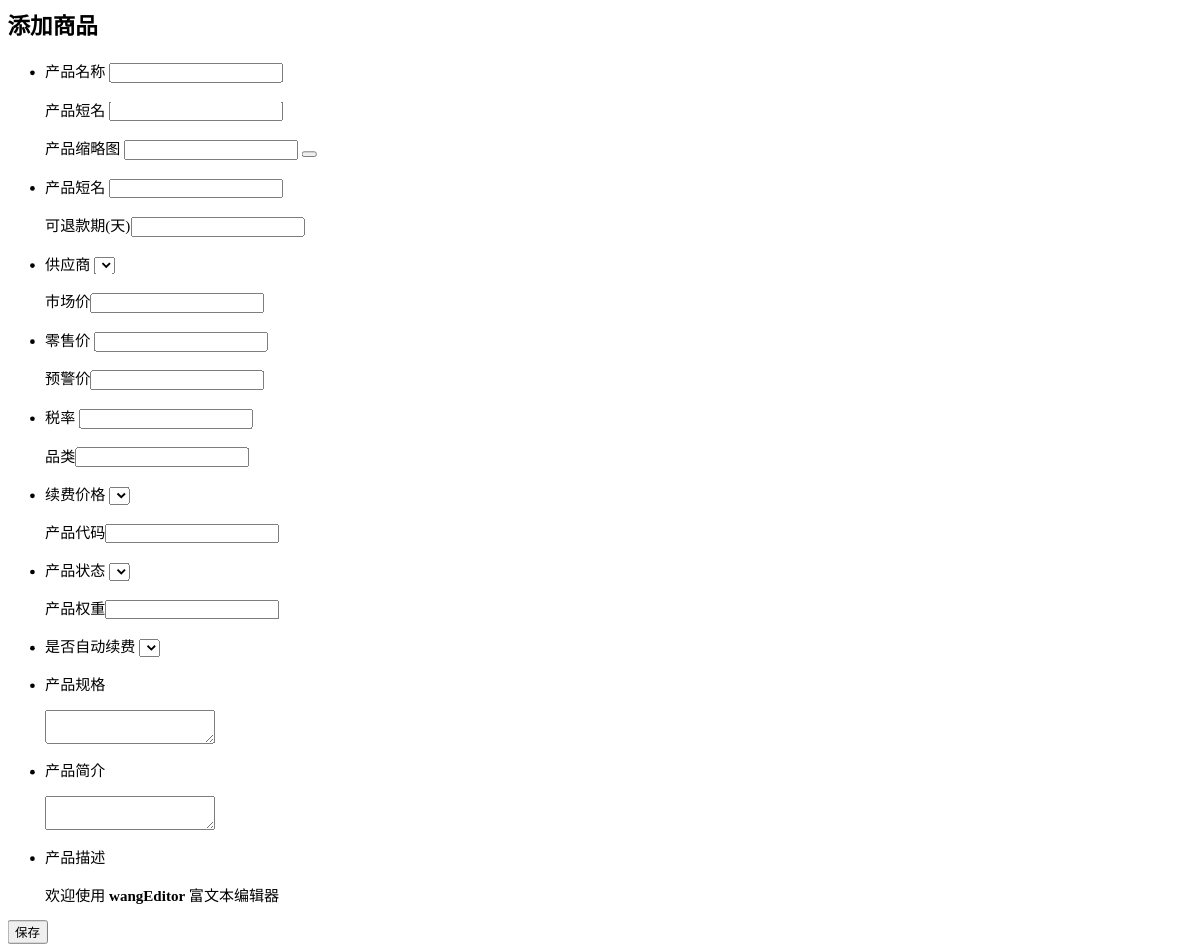
Repository: wangyan466393/racentSystem
Page: addProduct.html
An editor plug-in stored every save of this project. The page is shown before and after the next save, followed by the edit.
The browser window is 1280 px wide. The pictures show the whole page, at 94% of full size.

Above is the page before, as saved 2020-08-19 11:45:38.

### addProduct.html
<div id="content_box">
    <h2>添加商品</h2>
    <div class="config_box">
        <div class="price_content">
            <ul>
                <li>
                    <p>
                        <span>产品名称</span>
                        <input type="text" class="config_inp">
                    </p>
                    <p>
                        <span>产品短名</span>
                        <input type="text" class="config_inp">
                    </p>
                    <p class="thumb_box">
                        <span>产品缩略图</span>
                        <label class="input_group">
                            <input type="text" class="form-control">
                            <span class="input-group-btn">
                                <button type="button" class="btn"></button>
                            </span>
                        </label>
                    </p>
                </li>
                <li>
                    <p>
                        <span>产品短名</span>
                        <input type="text" class="config_inp">
                    </p>
                    <p>
                        <span>可退款期(天)</span><input type="number" class="config_inp">
                    </p>
                </li>
                <li>
                    <p>
                        <span>供应商</span>
                        <select name="" id="" class="config_inp">
                            <option value=""></option>
                        </select>
                    </p>
                    <p>
                        <span>市场价</span><input type="number" class="config_inp">
                    </p>
                </li>
                <li>
                    <p>
                        <span>零售价</span>
                        <input type="number" class="config_inp">
                    </p>
                    <p>
                        <span>预警价</span><input type="number" class="config_inp">
                    </p>
                </li>
                <li>
                    <p>
                        <span>税率</span>
                        <input type="number" class="config_inp">
                    </p>
                    <p>
                        <span>品类</span><input type="text" class="config_inp">
                    </p>
                </li>
                <li>
                    <p>
                        <span>续费价格</span>
                        <select name="" id="" class="sel">
                            <option value=""></option>
                        </select>
                    </p>
                    <p>
                        <span>产品代码</span><input type="text" class="config_inp">
                    </p>
                </li>
                <li>
                    <p>
                        <span>产品状态</span>
                        <select name="" id="" class="sel">
                            <option value=""></option>
                        </select>
                    </p>
                    <p>
                        <span>产品权重</span><input type="text" class="config_inp">
                    </p>
                </li>
                <li>
                    <p>
                        <span>是否自动续费</span>
                        <select name="" id="" class="sel">
                            <option value=""></option>
                        </select>
                    </p>
                </li>

                <li>
                    <p> <span>产品规格</span></p>
                    <textarea class="e_content description"></textarea>
                </li>
                <li>
                    <p> <span>产品简介</span></p>
                    <textarea class="e_content description"></textarea>

                </li>
                <li>
                    <p> <span>产品描述</span></p>
                    <div id="editor" style="width: 100%;">
                        <p>欢迎使用 <b>wangEditor</b> 富文本编辑器</p>
                    </div>

                </li>
            </ul>
        </div>
    </div>
</div>
<div class="email_back_btn">
    <button type="button">保存</button>
</div>

After the next save:
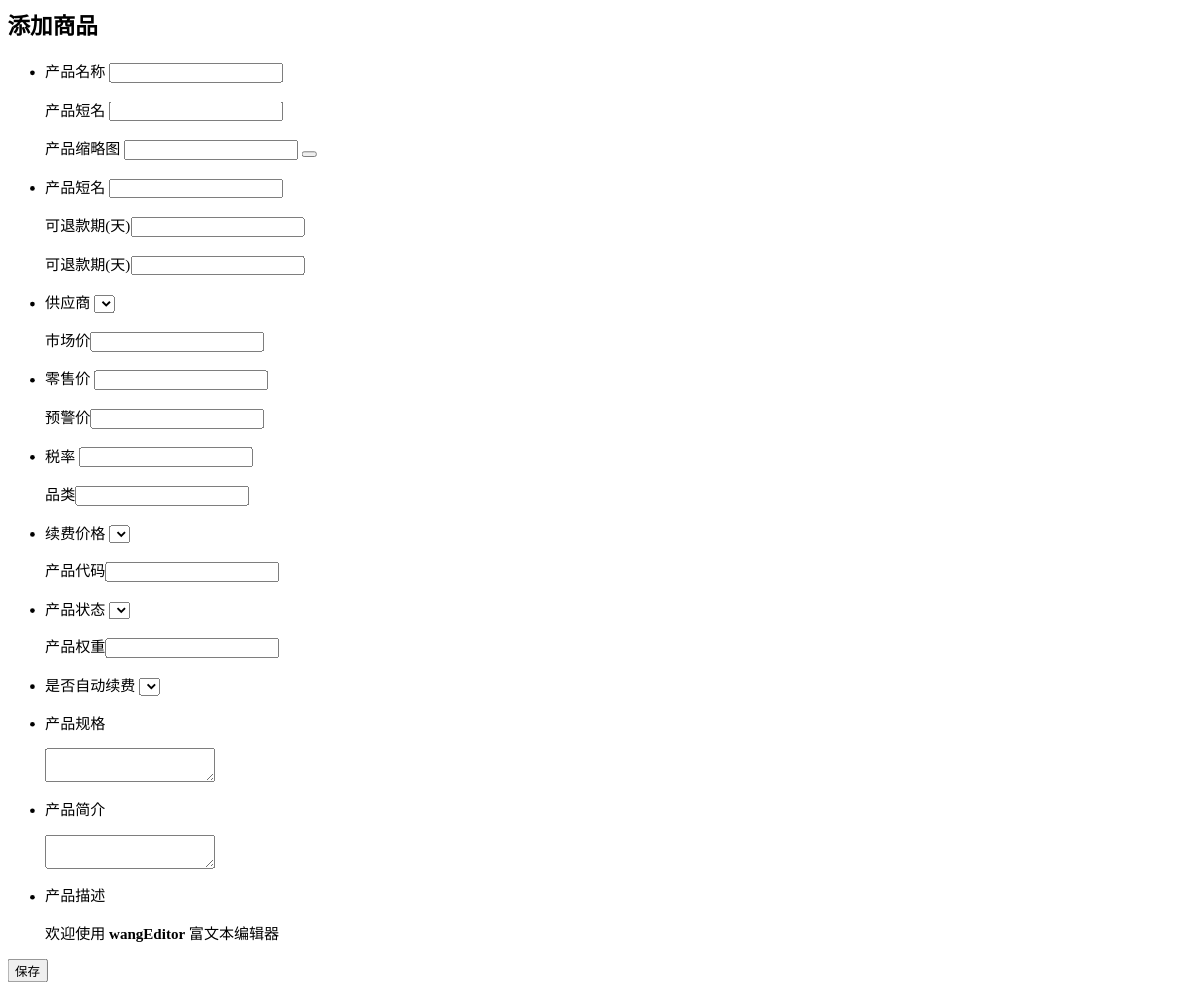
Saved 9 h 42 min later.
--- a/addProduct.html
+++ b/addProduct.html
@@ -6,11 +6,11 @@
                 <li>
                     <p>
                         <span>产品名称</span>
-                        <input type="text" class="config_inp">
+                        <input type="text" >
                     </p>
                     <p>
                         <span>产品短名</span>
-                        <input type="text" class="config_inp">
+                        <input type="text" >
                     </p>
                     <p class="thumb_box">
                         <span>产品缩略图</span>
@@ -25,10 +25,13 @@
                 <li>
                     <p>
                         <span>产品短名</span>
-                        <input type="text" class="config_inp">
+                        <input type="text">
                     </p>
                     <p>
-                        <span>可退款期(天)</span><input type="number" class="config_inp">
+                        <span>可退款期(天)</span><input type="number" >
+                    </p>
+                    <p>
+                        <span>可退款期(天)</span><input type="number" >
                     </p>
                 </li>
                 <li>
